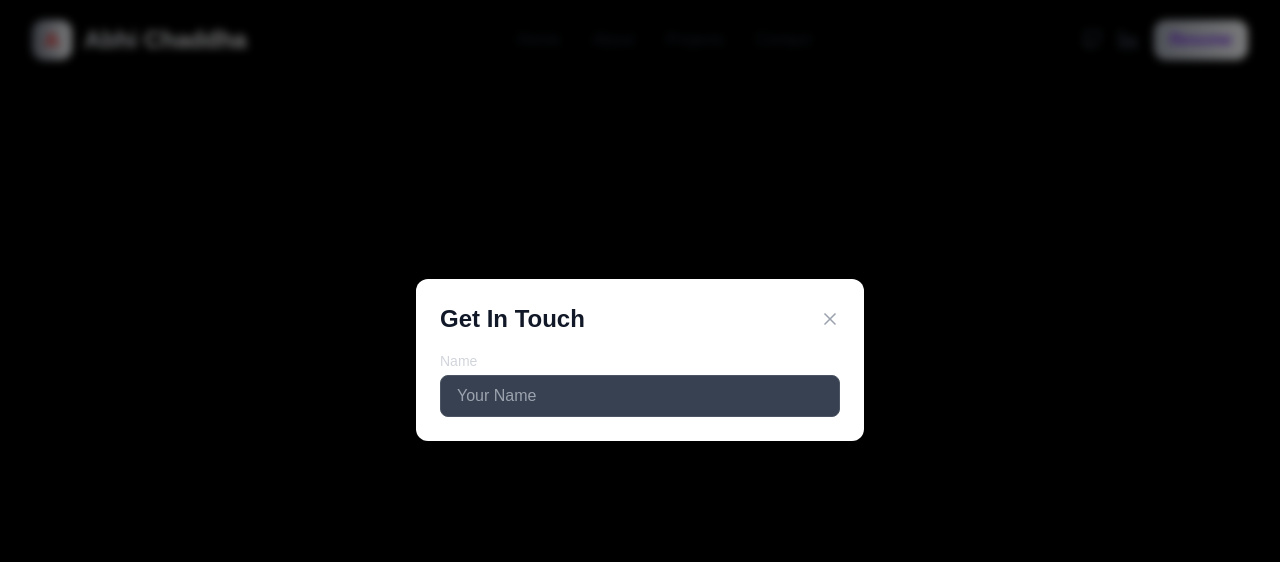
Repository: 532ab/portfolio-website
Page: /, after clicking the first element matching `button.ml-4`
These files come from the project's save history. The page is drawn as it stood at one moment and after the next save; the edit follows.
The browser window is 1280 px wide. The pictures show the whole page.
The project was rebuilt for these pictures with package versions that can differ from the ones it lists, and the page was loaded fresh each time. Also part of the build but not shown: vite.config.js.

Above is the page before, as saved 2026-01-25 13:32:47.

After the next save:
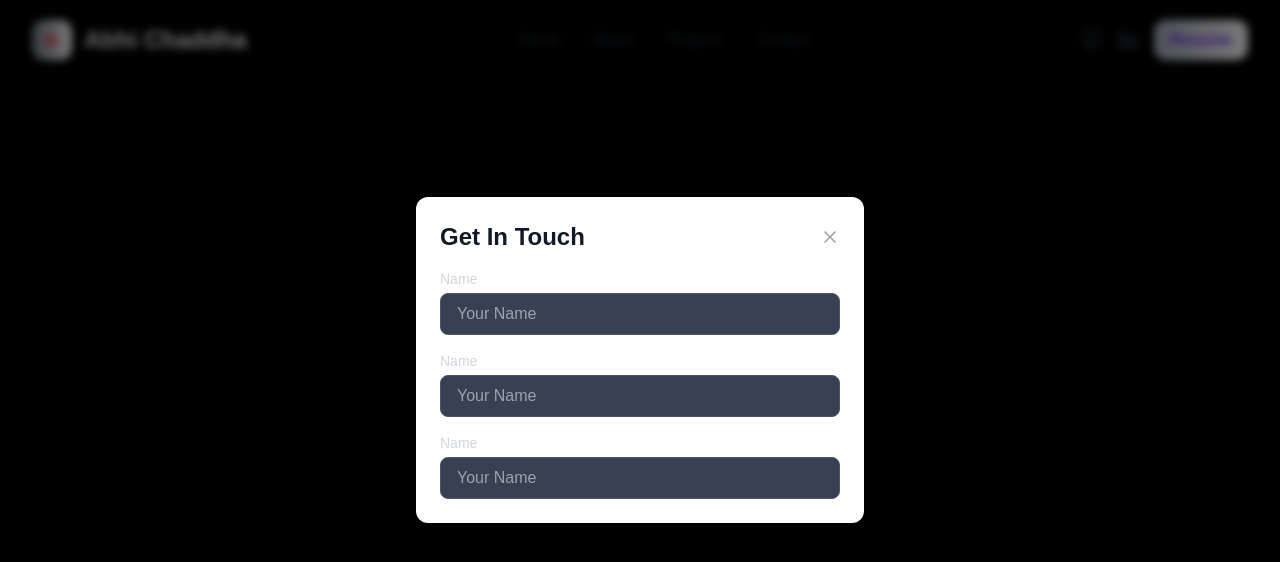
Saved 3 min 20 s later.
--- a/src/components/Header.jsx
+++ b/src/components/Header.jsx
@@ -182,6 +182,38 @@
             className="w-full px-4 py-2 border border-gray-600 rounded-lg focus:ring-2 focus:ring-violet-500 focus:border-violet-500 bg-gray-700"
           />
         </div>
+
+        <div>
+          <label
+            htmlFor="name"
+            className="block text-sm font-medium text-gray-300 mb-1"
+          >
+            Name
+          </label>
+
+          <input
+            type="text"
+            id="name"
+            placeholder="Your Name"
+            className="w-full px-4 py-2 border border-gray-600 rounded-lg focus:ring-2 focus:ring-violet-500 focus:border-violet-500 bg-gray-700"
+          />
+        </div>
+
+        <div>
+          <label
+            htmlFor="name"
+            className="block text-sm font-medium text-gray-300 mb-1"
+          >
+            Name
+          </label>
+
+          <input
+            type="text"
+            id="name"
+            placeholder="Your Name"
+            className="w-full px-4 py-2 border border-gray-600 rounded-lg focus:ring-2 focus:ring-violet-500 focus:border-violet-500 bg-gray-700"
+          />
+        </div>
       </form>
     </div>
   </motion.div>
